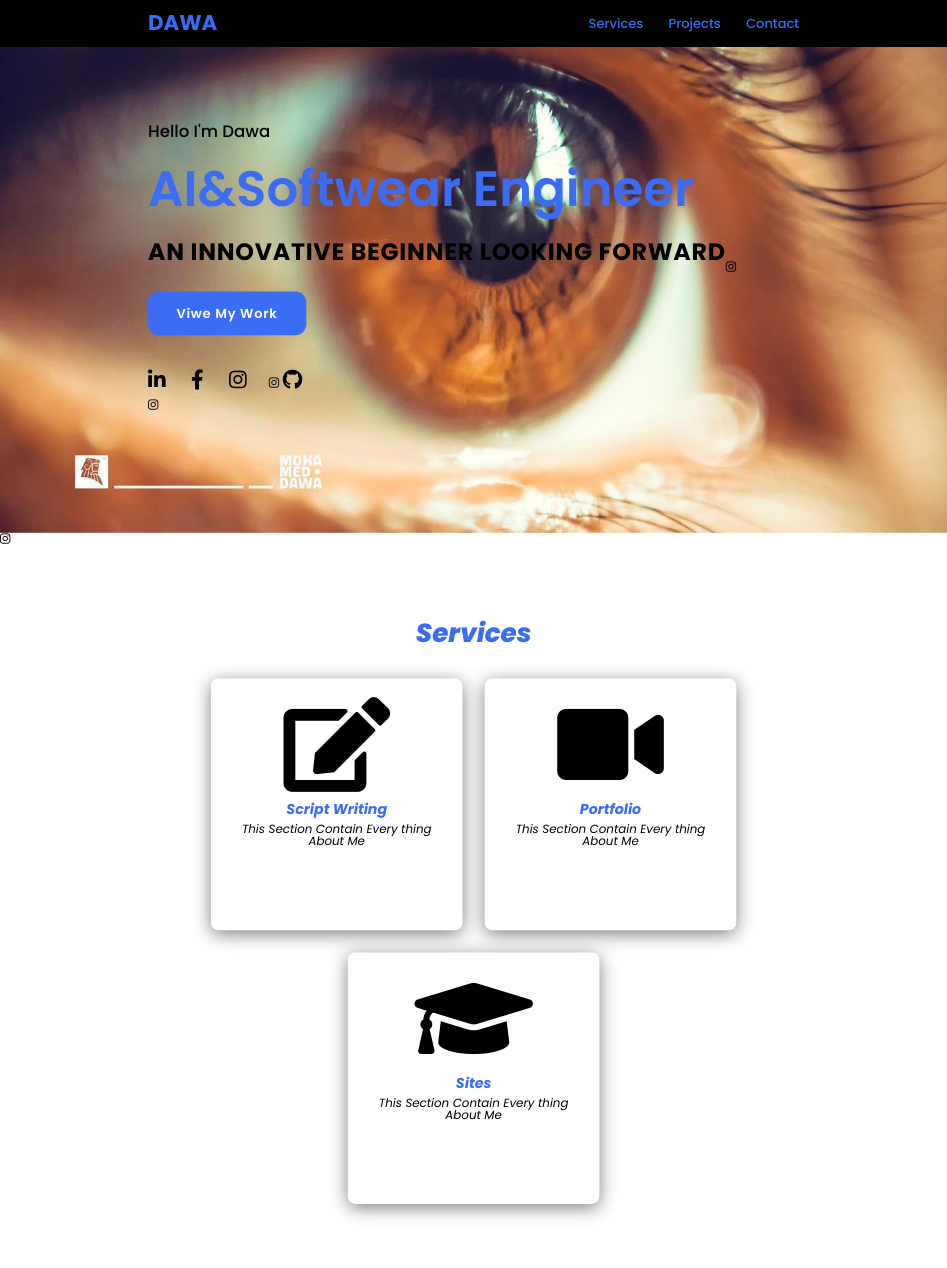
Repository: khaleddawa/My-Portfolio
Page: Index.html
An editor plug-in stored every save of this project. The page is shown before and after the next save, followed by the edit.
The browser window is 1280 px wide. The pictures show the part of the page from y = 0 to 1714 px (the page is 3568 px tall before and 3240 px after), at 74% of full size.
A picture or video elsewhere on the page could not be fetched, so the positions and the page height are approximate. Backgrounds fixed to the window are drawn as part of the page.

Above is the page before, as saved 2023-11-14 16:33:53.

### Index.html
<!DOCTYPE html>
<html lang="en">

<head>
  <meta charset="UTF-8" />
  <meta http-equiv="X-UA-Compatible" content="IE=edge" />
  <meta name="viewport" content="width=device-width, initial-scale=1.0" />
  <link rel="Stylesheet" href="https://cdnjs.cloudflare.com/ajax/libs/font-awesome/5.15.4/css/all.min.css" />
  <link rel="Stylesheet" href="Style.css" />
  <title>Khaled Dawa</title>
</head>

<body>
  <header>
    <a href="#" class="logo">Dawa</a>
    <nav class="navigation">
      <a href="#services">Services</a>
      <a href="#projects">Projects</a>
      <a href="#contact">Contact</a>
    </nav>
  </header>

  <section class="main">
    <div>
      <h2>
        Hello I'm Dawa<br />
        <span>AI&Softwear Engineer</span>
      </h2>
      <h3>AN INNOVATIVE BEGINNER LOOKING FORWARD</h3>
      <a href="projects" class="main-btn">Viwe My Work</a>
      <div class="social-icons">
        <a href="linkedin.com/in/khaleddawa"><i class="fab fa-linkedin-in"></i></a>
        <a href="https://www.facebook.com/effdhsdhfjjjjjjjjjjj?mibextid=ZbWKwL"><i class="fab fa-facebook-f"></i></a>
        <a href="https://instagram.com/5aled_dawa_?igshid=MzNlNGNkZWQ4Mg=="><i class="fab fa-instagram"><i /></a>
        <a href="https://github.com/khaleddawa"><i class="fab fa-github"></i></a>
      </div>
    </div>
  </section>
  <section class="cards" id="services">
    <h2 class="title">Services</h2>
    <div class="content">
      <div class="card">
        <div class="icon">
          <i class="fas fa-edit"></i>
        </div>
        <div class="info">
          <h3>Script Writing</h3>
          <p>This Section Contain Every thing About Me</p>
        </div>
      </div>
      <div class="card">
        <div class="icon">
          <i class="fas fa-video"></i>
        </div>
        <div class="info">
          <h3>Portfolio</h3>
          <p>This Section Contain Every thing About Me</p>
        </div>
      </div>
      <div class="card">
        <div class="icon">
          <i class="fas fa-graduation-cap"></i>
        </div>
        <div class="info">
          <h3>Sites</h3>
          <p>This Section Contain Every thing About Me</p>
        </div>
      </div>
    </div>
  </section>

  <section class="projects" id="projects">
    <h2 class="title">Projects</h2>
    <div class="content">
      <div class="project-card">
        <div class="project-image">
          <img src="D:\Portfolio website\images\1.jpg" alt="" />
        </div>
        <div class="project-info">
          <p class="project-category">Embeded System & IOT</p>
          <strong class="project-title">
            <span>Voice LED</span>
            <a href="#" class="more-details">More Details</a>
          </strong>
        </div>
      </div>
      <div class="content">
        <div class="project-card">
          <div class="project-image">
            <img src="D:\Portfolio website\images\3.jpg" alt="" />
          </div>
          <div class="project-info">
            <p class="project-category">AI Engineer</p>
            <strong class="project-title">
              <span>Data Analysis</span>
              <a href="#" class="more-details">More Details</a>
            </strong>
          </div>
        </div>
        <div class="content">
          <div class="project-card">
            <div class="project-image">
              <img src="D:\Portfolio website\images\2.jpg" alt="" />
            </div>
            <div class="project-info">
              <p class="project-category">Softwear Engineer</p>
              <strong class="project-title">
                <span>Website</span>
                <a href="#" class="more-details">More Details</a>
              </strong>
            </div>
          </div>
        </div>
  </section>
  <section class="cards contact" id="contact">
    <h2 class="title">Let’s Work Together</h2>
    <div class="content">
      <div class="card">
        <div class="icon">
          <i class="fas fa-phone"></i>
        </div>
        <div class="info">
          <h3>Phone</h3>
          <p>+201029161099</p>
        </div>
      </div>
      <div class="card">
        <div class="icon">
          <i class="fas fa-envelope"></i>
        </div>
        <div class="info">
          <h3>Email</h3>
          <p>khaleddawa28@gmail.com</p>
        </div>
      </div>
    </div>
  </section>
  <footer class="footer">
    <p class="footer-title">ENG @ <span>Khaled Dawa</span></p>
    <div class="social-icons">
      <a href="linkedin.com/in/khaleddawa"><i class="fab fa-linkedin-in"></i></a>
      <a href="https://www.facebook.com/effdhsdhfjjjjjjjjjjj?mibextid=ZbWKwL"><i class="fab fa-facebook-f"></i></a>
      <a href="https://instagram.com/5aled_dawa_?igshid=MzNlNGNkZWQ4Mg=="><i class="fab fa-instagram"></i></a>
      <a href="https://github.com/khaleddawa"><i class="fab fa-github"></i></a>
    </div>
  </footer>
</body>

</html>

### Style.css
@import url("https://fonts.googleapis.com/css2?family=Poppins:ital,wght@0,100;0,200;0,300;0,400;0,500;0,600;0,700;0,800;0,900;1,100;1,200;1,300;1,400;1,500;1,600;1,700;1,800;1,900&display=swap");

* {
  font-family: "Poppins", sans-serif;
  margin: 0;
  padding: 0;
  box-sizing: border-box;
  scroll-behavior: smooth;
}

header {
  background-color: rgb(0, 0, 0);
  width: 100%;
  position: fixed;
  z-index: 999;
  display: flex;
  justify-content: space-between;
  align-items: center;
  padding: 10px 200px;
}

.logo {
  text-decoration: none;
  color: #3a6cf4;
  text-transform: uppercase;
  font-weight: 700;
  font-size: 1.8em;
}

.navigation a {
  color: #3a6cf4;
  text-decoration: none;
  font-size: 1.1em;
  font-weight: 500;
  padding-left: 30px;
}

.navigation a:hover {
  color: #601cfc;
}

section {
  padding: 100px 200px;
}

.main {
  width: 100%;
  min-height: 100vh;
  display: flex;
  align-items: center;
  background: url(images/121336092_3318412491529928_6089551610632413490_o.jpg) no-repeat;
  background-size: cover;
  background-position: center;
  background-attachment: fixed;
}

.main h2 {
  color: #000000;
  font-size: 1.4em;
  font-weight: 500;
}

.main h2 span {
  display: inline-block;
  margin-top: 10px;
  color: #3a6cf4;
  font-size: 3em;
  font-weight: 600;
}

.main h3 {
  color: #000000;
  font-size: 2em;
  font-weight: 700;
  letter-spacing: 1px;
  margin-top: 10px;
  margin-bottom: 30px;
}

.main-btn {
  color: #fff;
  background-color: #3a6cf4;
  text-decoration: none;
  font-size: 1.1em;
  font-weight: 600;
  display: inline-block;
  padding: 0.9375em 2.1875em;
  letter-spacing: 1px;
  border-radius: 15px;
  margin-bottom: 40px;
  transition: 0.7s ease;
}

.main-btn:hover {
  background-color: #0a49f6;
  transform: scale(0.9);
}

.social-icons a {
  color: #000000;
  font-size: 1.7em;
  padding-right: 30px;
}

.title {
  display: flex;
  justify-content: center;
  color: #3a6cf4;
  font-size: 2.2em;
  font-weight: 800;
  margin-bottom: 30px;
}

.content {
  display: flex;
  justify-content: center;
  flex-direction: row;
  flex-wrap: wrap;
}


.card {
  background-color: #fff;
  width: 21.25em;
  height: 21.25em;
  box-shadow: 0 5px 25px rgba(1 1 1 /50%);
  border-radius: 10px;
  padding: 25px;
  margin: 15px;
  transition: 0.7s ease;
}

.card:hover {
  transform: scale(0.9);
}

.icon {
  color: #000000;
  font-size: 8em;
  text-align: center;
}

.info {
  text-align: center;
}

.info h3 {
  color: #3a6cf4;
  font-size: 1.2em;
  font-weight: 700;
  margin: 10px;
}

.projects {
  background-color: #000000;
}

.projects .content {
  margin-top: 30px;
}

.project-card {
  background-color: #fff;
  border: 1px solid #fff;
  min-height: 14em;
  width: 23em;
  overflow: hidden;
  border-radius: 10px;
  margin: 20px;
  transition: 0.7s ease;
}

.project-card:hover {
  transform: scale(0.9);
}

.project-card:hover .project-image {
  opacity: 0.9;
}

.project-image img {
  width: 100%;
}

.project-info {
  padding: 1em;
}

.project-category {
  font-size: 0.8em;
  color: #000000;
}

.project-title {
  display: flex;
  justify-content: space-between;
  text-transform: uppercase;
  font-weight: 800;
  margin-top: 10px;
}

.more-details {
  text-decoration: none;
  color: #3a6cf4;
}

.more-details:hover {
  color: #601cfc;
}

.contact .icon {
  font-size: 4.5em;
}

.contact .info h3 {
  color: #3a6cf4;
}

.contact .info p {
  font-size: 1.4em;
  text-align: center;
}

.footer {
  background-color: #000000;
  color: #0a49f6;
  padding: 2em;
  display: flex;
  justify-content: space-between;
}

.footer-title {
  font-size: 1.3em;
  font-weight: 600;
  color: #fff;
}

.footer-title span {
  color: #3a6cf4;
}

.footer .social-icons a {
  color: #fff;
  font-size: 1.3em;
}

@media (max-width:1023px) {
  .header {
    padding: 12px 20px;
  }

  .navigation a {
    padding-left: 10px;
  }

  .title {
    font-size: 1.8em;
  }

  .section {
    padding: 80px 20px;
  }

  .main-content h2 {
    font-size: 1em;
  }

  .main-content h3 {
    font-size: 1.6em;
  }

  .content {
    flex-direction: column;
    align-items: center;
  }
}

@media (max-width:641px) {
  body {
    font-size: 12px;
  }

  .main-content h2 {
    font-size: 0.8em;
  }

  .main-content h3 {
    font-size: 1.4em;
  }
}

@media (max-width:300px) {
  body {
    font-size: 10px;
  }
}

After the next save:
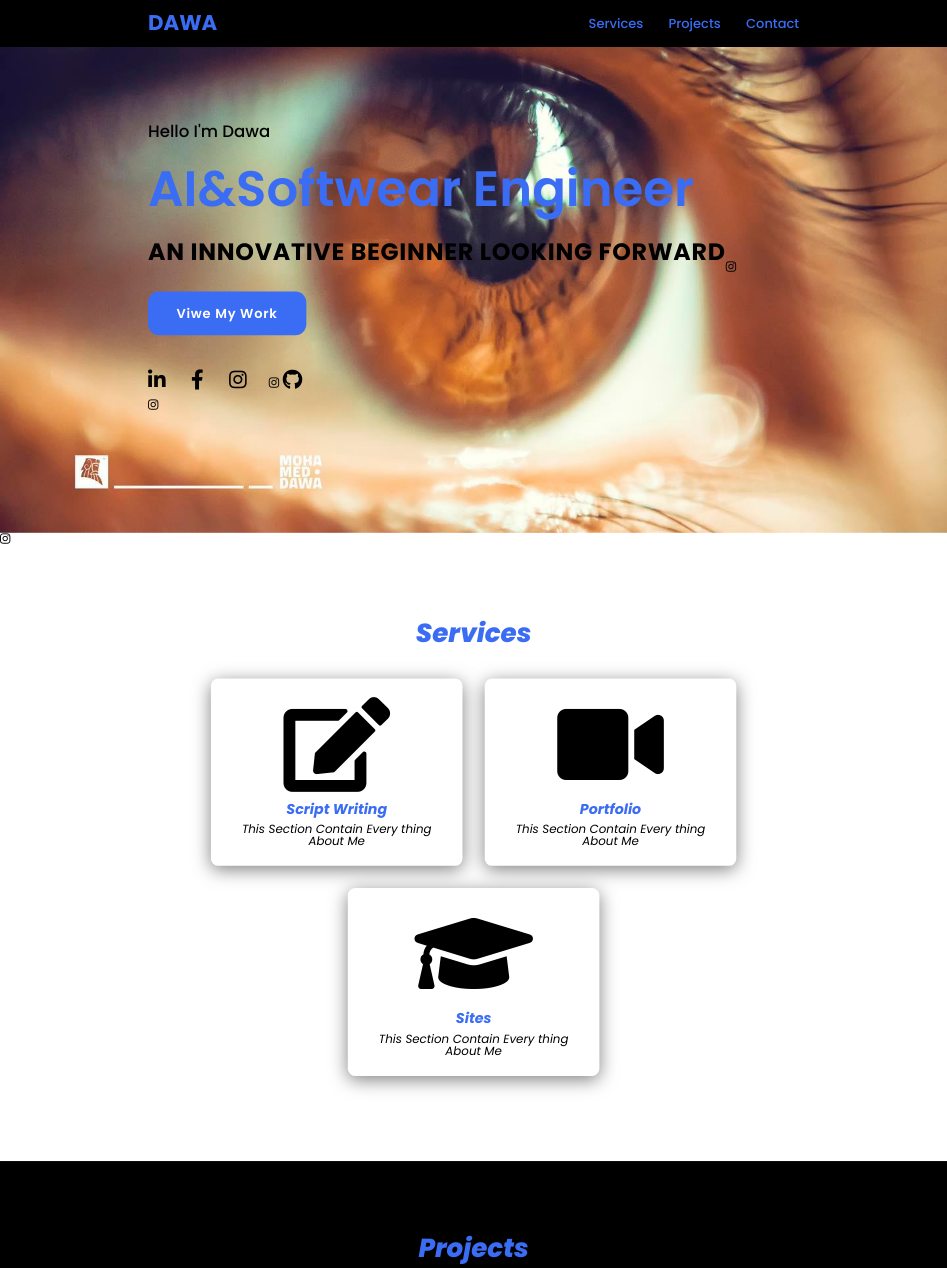
Saved 32 s later.
--- a/Style.css
+++ b/Style.css
@@ -122,7 +122,6 @@ section {
 .card {
   background-color: #fff;
   width: 21.25em;
-  height: 21.25em;
   box-shadow: 0 5px 25px rgba(1 1 1 /50%);
   border-radius: 10px;
   padding: 25px;
